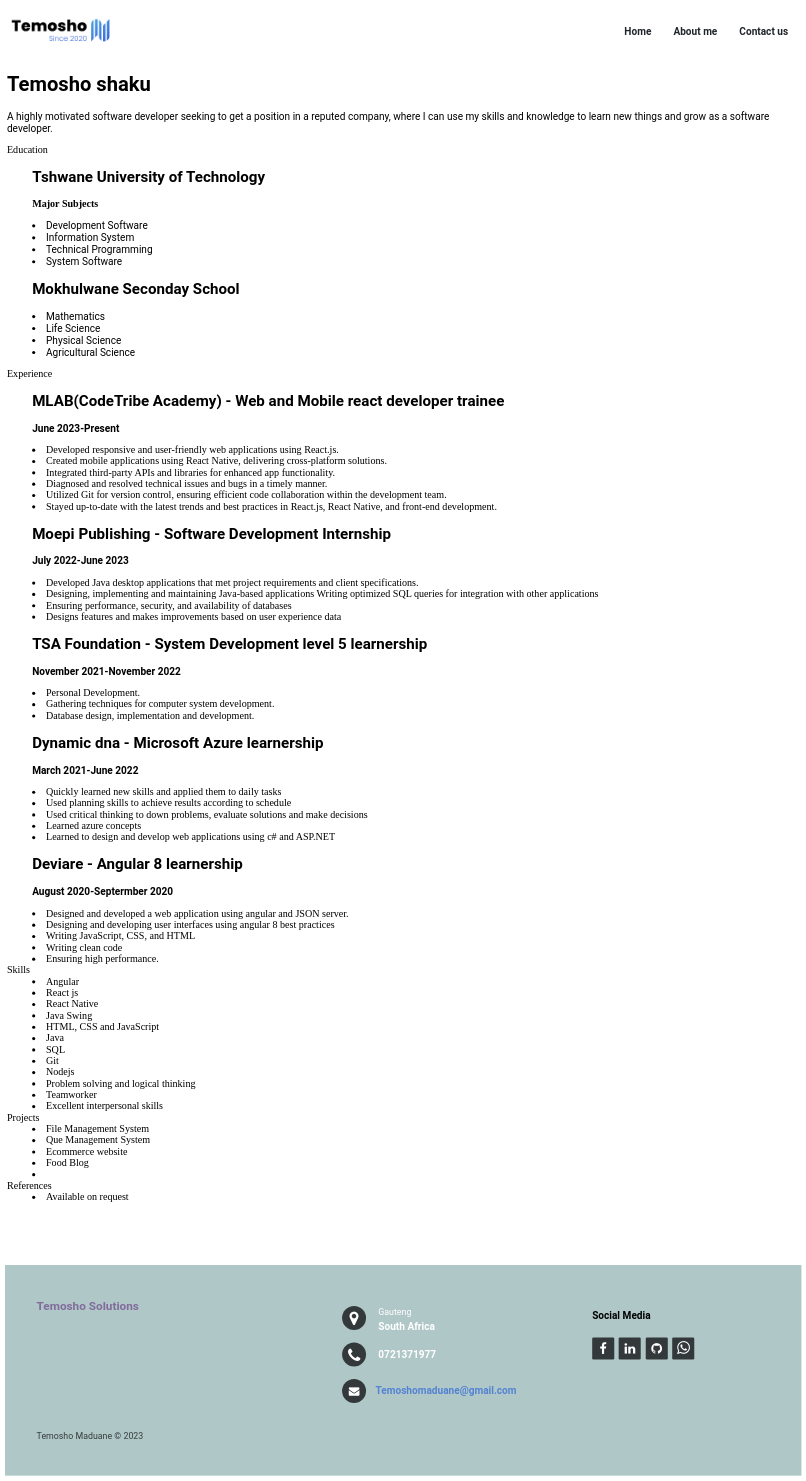
Repository: TemoshoS/T-Shaku
Page: about.html
The author's editor kept a copy of each file at every save. The page is drawn from the files as they stood at one save, then again after the next save.
The browser window is 1280 px wide. The pictures show the whole page, at 63% of full size.
Pictures or frames that could not be fetched are drawn as grey boxes. Some web libraries are served in a nearby version.

Above is the page before, as saved 2023-09-28 15:30:24.

After the next save:
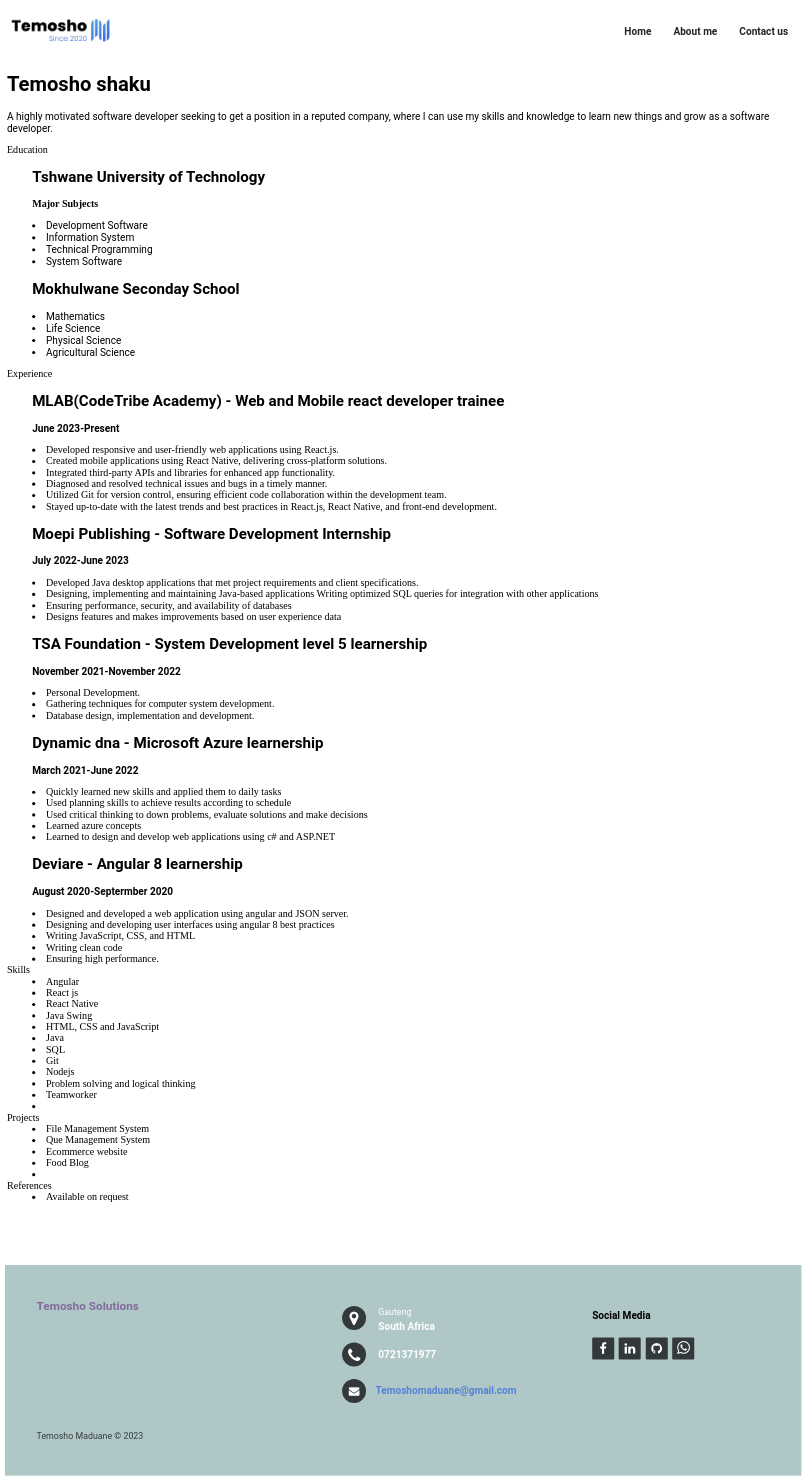
Saved 14 s later.
--- a/javascript/about.js
+++ b/javascript/about.js
@@ -16,7 +16,7 @@
 
 
 document.getElementById("skill").innerHTML = "Skills";
-document.getElementById("skills").innerHTML = "<li>Angular</li> <li>React js</li><li>React Native</li><li>Java Swing</li> <li>HTML, CSS and JavaScript</li> <li>Java</li> <li>SQL</li> <li>Git</li><li>Nodejs</li> <li>Problem solving and logical thinking</li> <li>Teamworker</li> <li>Excellent interpersonal skills</li>";
+document.getElementById("skills").innerHTML = "<li>Angular</li> <li>React js</li><li>React Native</li><li>Java Swing</li> <li>HTML, CSS and JavaScript</li> <li>Java</li> <li>SQL</li> <li>Git</li><li>Nodejs</li> <li>Problem solving and logical thinking</li> <li>Teamworker</li> <li></li>";
 
 
 document.getElementById("project").innerHTML = "Projects";
